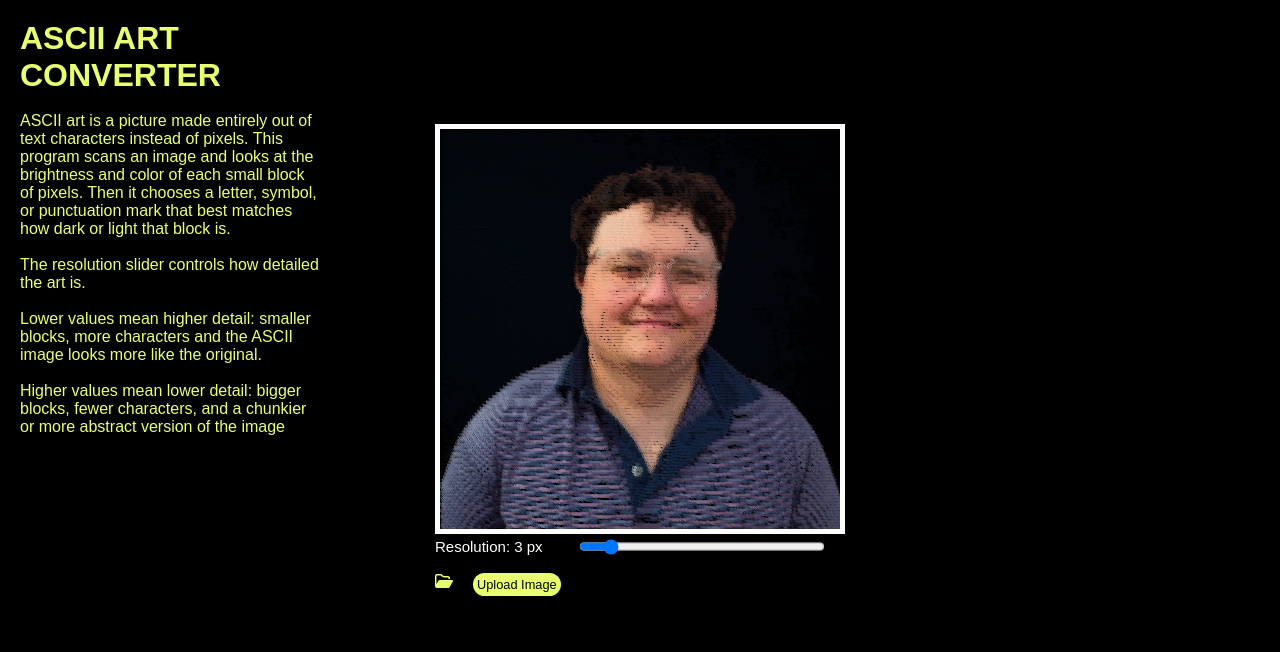
Repository: rosieomusic/ascii-art
Page: index.html
These files come from the project's save history. The page is drawn as it stood at one moment and after the next save; the edit follows.
The browser window is 1280 px wide. The pictures show the whole page.
Some web libraries are served in a nearby version.

Above is the page before, as saved 2025-05-06 16:54:00.

### index.html
<!DOCTYPE html>
<html>
	<head>
		<meta charset="UTF-8" />
		<meta
			http-equiv="X-UA-Compatible"
			content="IE-edge"
		/>
		<title>ASCII CONVERTER</title>
		<link
			rel="stylesheet"
			href="styles.css"
		/>
		<script
			src="https://kit.fontawesome.com/56e0d45a0e.js"
			crossorigin="anonymous"
		></script>
	</head>
	<body>
		<div class="container">
			<canvas id="canvas1"></canvas>
			<div class="controls">
				<label
					for="resolution"
					id="resolutionLabel"
					>Resolution 5 px</label
				>
				<input
					type="range"
					id="resolution"
					name="resolution"
					min="1"
					max="20"
					value="3"
				/>
			</div>
			<br />
			<div id="upload">
				<i class="fa-regular fa-folder-open"></i>

				<input
					type="file"
					id="imageUpload"
					accept="image/*"
				/>
				<label
					for="imageUpload"
					class="upload-btn"
					>Upload Image</label
				>
				<pre id="ascii-output"></pre>
				<canvas
					id="canvas2"
					style="display: none"
				></canvas>
			</div>
		</div>
		<div id="explaination">
			<h1>ASCII ART CONVERTER</h1>
			<br />
			<p>
				ASCII art is a picture made entirely out of text characters instead of
				pixels. This program scans an image and looks at the brightness and
				color of each small block of pixels. Then it chooses a letter, symbol,
				or punctuation mark that best matches how dark or light that block is.
			</p>
			<br />
			<p>The resolution slider controls how detailed the art is.</p>
			<br />
			<p>
				Lower values mean higher detail: smaller blocks, more characters and the
				ASCII image looks more like the original.
			</p>
			<br />
			<p>
				Higher values mean lower detail: bigger blocks, fewer characters, and a
				chunkier or more abstract version of the image
			</p>
		</div>

		<script src="script.js"></script>
	</body>
</html>

### styles.css
* {
	margin: 0;
	padding: 0;
	/* box-sizing: border-box; */
}
body {
	background: black;
}
.container {
	position: absolute;
	top: 50%;
	left: 50%;
	transform: translate(-50%, -50%);
}
#canvas1 {
	border: 5px solid white;
}
.controls {
	display: flex;
}
.controls > input {
	width: 60%;
}
.controls > label {
	font-family: Arial, Helvetica, sans-serif;
	width: 35%;
	color: white;
	font-size: 15px;
}
i {
	color: #e9ff70;
	margin-right: 20px;
}
#imageUpload {
	display: none;
}
#upload {
	display: flex;
}
.upload-btn:hover {
	cursor: pointer;
	transform: scale(1.05);
}
.upload-btn {
	font-family: Arial, Helvetica, sans-serif;
	font-size: 0.8em;
	background-color: #e9ff70;
	color: black;
	padding: 4px;
	border-radius: 20px;
	transition: transform 200ms ease-in-out;
}

#explaination {
	font-family: Arial, Helvetica, sans-serif;
	margin: 20px;
	width: 300px;
	color: #e9ff70;
}

### script.js
const inputSlider = document.getElementById('resolution');
const inputLabel = document.getElementById('resolutionLabel');
const canvas = document.getElementById('canvas1');
const ctx = canvas.getContext('2d');

const image1 = new Image();
image1.src = 'img/roseomalleyheadshotblack.png';
inputSlider.addEventListener('change', handleSlider);

const imageUpload = document.getElementById('imageUpload');

imageUpload.addEventListener('change', function (event) {
	const file = event.target.files[0];
	if (!file) return;

	const reader = new FileReader();
	reader.onload = function (e) {
		image1.src = e.target.result; // This re-triggers image1.onload
	};
	reader.readAsDataURL(file);
});

class Cell {
	constructor(x, y, symbol, color, size) {
		this.x = x;
		this.y = y;
		this.symbol = symbol;
		this.color = color;
		this.size = size;
		//this.padding = this.size * 0.2;
	}
	draw(ctx) {
		ctx.font = `${this.size * 2}px Courier New`;
		//ctx.fillStyle = 'yellow';
		ctx.fillText(this.symbol, this.x + 1, this.y + 1, +this.size);

		ctx.fillStyle = this.color;
		ctx.fillText(this.symbol, this.x, this.y, this.size);
		ctx.textBaseline = 'top';
	}
}
class AsciiEffect {
	#imageCellArray = [];
	#pixels = [];
	#ctx;
	#width;
	#height;
	constructor(ctx, width, height) {
		this.#ctx = ctx;
		this.#width = width;
		this.#height = height;
		this.#ctx.drawImage(image1, 0, 0, this.#width, this.#height);
		this.#pixels = this.#ctx.getImageData(0, 0, this.#width, this.#height);
		//console.log(this.#pixels.data);
	}
	#convertToSymbol(g) {
		// @#W$9876543210?!abc;:+=-,._
		// .,:ilwW"
		// '$@B%8&WM#*oahkbdpqwmZO0QLCJUYXzcvunxrjft/|()1{}[]?-_+~<>i!lI;:,"^`'
		//`^",:;Il!i><~+_-?][}{1)(|/tfjrxnuvczXYUJCLQ0OZmwqpdbkhao*#MW&8%B@$

		const asciiGradient =
			' .`^",:;Il!i><~+_-?][}{1)(|/tfjrxnuvczXYUJCLQ0OZmwqpdbkhao*#MW&8%B@$';

		const index = Math.floor((g / 255) * (asciiGradient.length - 1));
		return asciiGradient[index];
	}

	#scanImage(cellSize) {
		this.#imageCellArray = [];
		const stepX = Math.floor(cellSize * 0.6);
		const stepY = cellSize;
		for (let y = 0; y < this.#pixels.height; y += stepY) {
			for (let x = 0; x < this.#pixels.width; x += stepX) {
				if (x >= this.#pixels.width || y >= this.#pixels.height) continue;
				const posX = x * 4;
				const posY = y * 4;
				const pos = (y * this.#pixels.width + x) * 4;

				if (this.#pixels.data[pos + 3] > 128) {
					const red = this.#pixels.data[pos];
					const green = this.#pixels.data[pos + 1];
					const blue = this.#pixels.data[pos + 2];
					const grayscale = 0.2126 * red + 0.7152 * green + 0.0722 * blue;

					//const color = 'yellow';
					//const color = grayscale > 110 ? 'white' : 'black';
					const total = red + green + blue;
					const averageColorValue = total / 3;
					const color = `rgb(${red}, ${green}, ${blue})`;
					const symbol = this.#convertToSymbol(averageColorValue);
					if (symbol)
						this.#imageCellArray.push(new Cell(x, y, symbol, color, cellSize));
				}
			}
		}
		//console.log(this.#imageCellArray);
	}
	#drawAscii() {
		this.#ctx.clearRect(0, 0, this.#width, this.#height);
		for (let i = 0; i < this.#imageCellArray.length; i++) {
			this.#imageCellArray[i].draw(this.#ctx);
		}
	}
	draw(cellSize) {
		this.#scanImage(cellSize);
		this.#drawAscii();
	}
}
let effect;
function handleSlider() {
	//console.log('Slider value: ', inputSlider.value);
	if (inputSlider.value == 1) {
		inputLabel.innerHTML = 'Original Image';
		ctx.drawImage(image1, 0, 0, canvas.width, canvas.height);
	} else {
		inputLabel.innerHTML = 'Resolution: ' + inputSlider.value + ' px';
		ctx.font = parseInt(inputSlider.value) * 2 + 'px Courier New';
		effect.draw(parseInt(inputSlider.value));
	}
}
image1.onload = function initialize() {
	//console.log('Image loaded: ', image1.src);
	//console.log('Image dimiensions: ', image1.width, image1.height);
	const maxDimension = 550;

	let scale = Math.min(
		maxDimension / image1.width,
		maxDimension / image1.height,
		1
	);

	const scaledWidth = image1.width * scale;
	const scaledHeight = image1.height * scale;
	canvas.width = scaledWidth;
	canvas.height = scaledHeight;

	ctx.clearRect(0, 0, canvas.width, canvas.height);
	ctx.drawImage(image1, 0, 0, scaledWidth, scaledHeight);

	effect = new AsciiEffect(ctx, scaledWidth, scaledHeight);
	//effect.draw(parseInt(inputSlider.value));

	const base64Image = canvas.toDataURL(image1);
	//console.log('Base64 image:', base64Image);

	handleSlider();
};
const string =
	'$@B%8&WM#*oahkbdpqwmZO0QLCJUYXzcvunxrjft/|()1{}[]?-_+~<>i!lI;:,"^`';

function reverseString(str) {
	const reversed = str.split('').reverse().join('');
	console.log(reversed);
	return reversed;
}

reverseString(string);

After the next save:
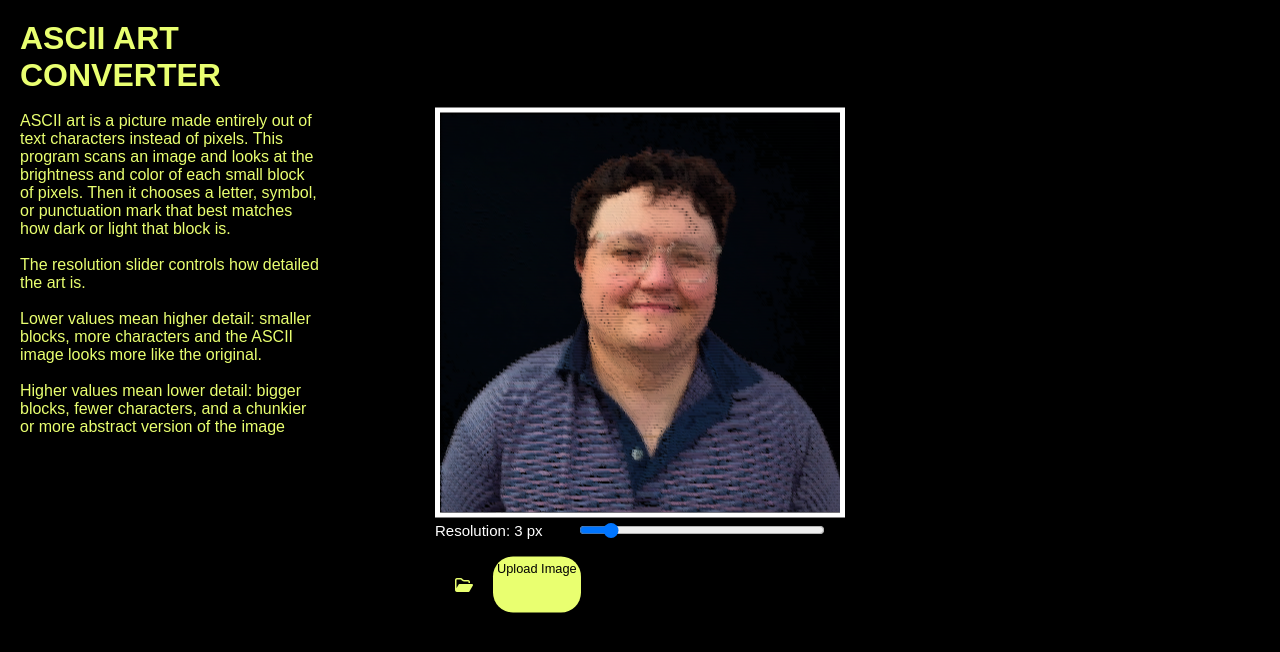
Saved 15 s later.
--- a/styles.css
+++ b/styles.css
@@ -29,7 +29,7 @@
 }
 i {
 	color: #e9ff70;
-	margin-right: 20px;
+	margin: 20px;
 }
 #imageUpload {
 	display: none;

After the save that followed:
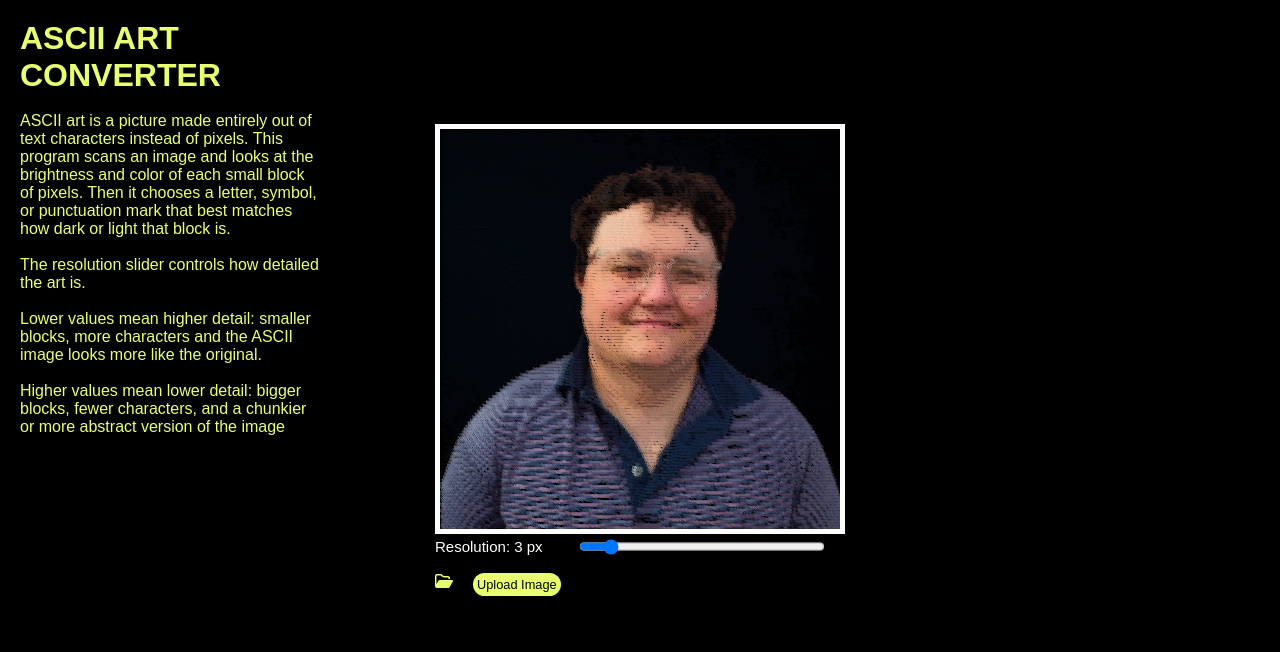
Saved 11 s later.
--- a/styles.css
+++ b/styles.css
@@ -29,7 +29,7 @@
 }
 i {
 	color: #e9ff70;
-	margin: 20px;
+	margin-right: 20px;
 }
 #imageUpload {
 	display: none;
